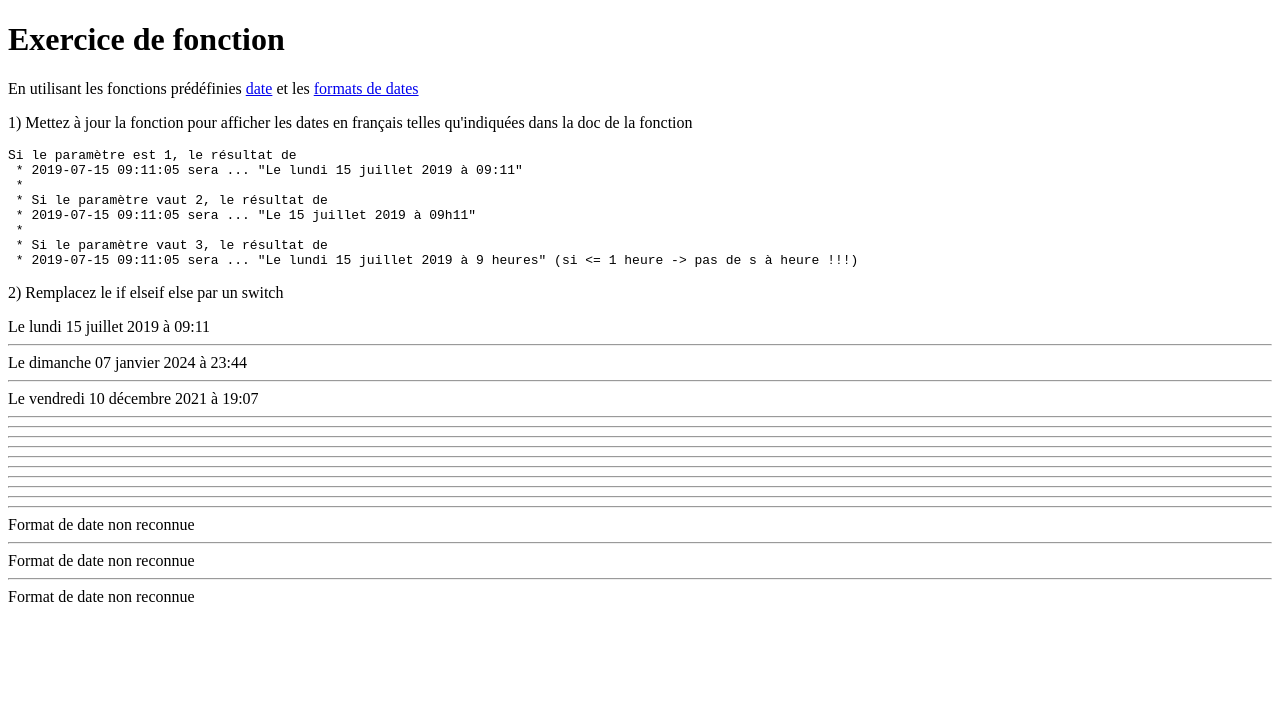
Repository: WebDevCF2m2021/base-php-2021
Page: http://localhost/20-dates-en-francais.php
These files come from the project's save history. The page is drawn as it stood at one moment and after the next save; the edit follows.
The browser window is 1280 px wide. The pictures show the whole page.
The page is run by PHP 8.4 with error messages shown; the project is at /var/www/html/.

Above is the page before, as saved 2021-09-20 18:21:03.

After the next save:
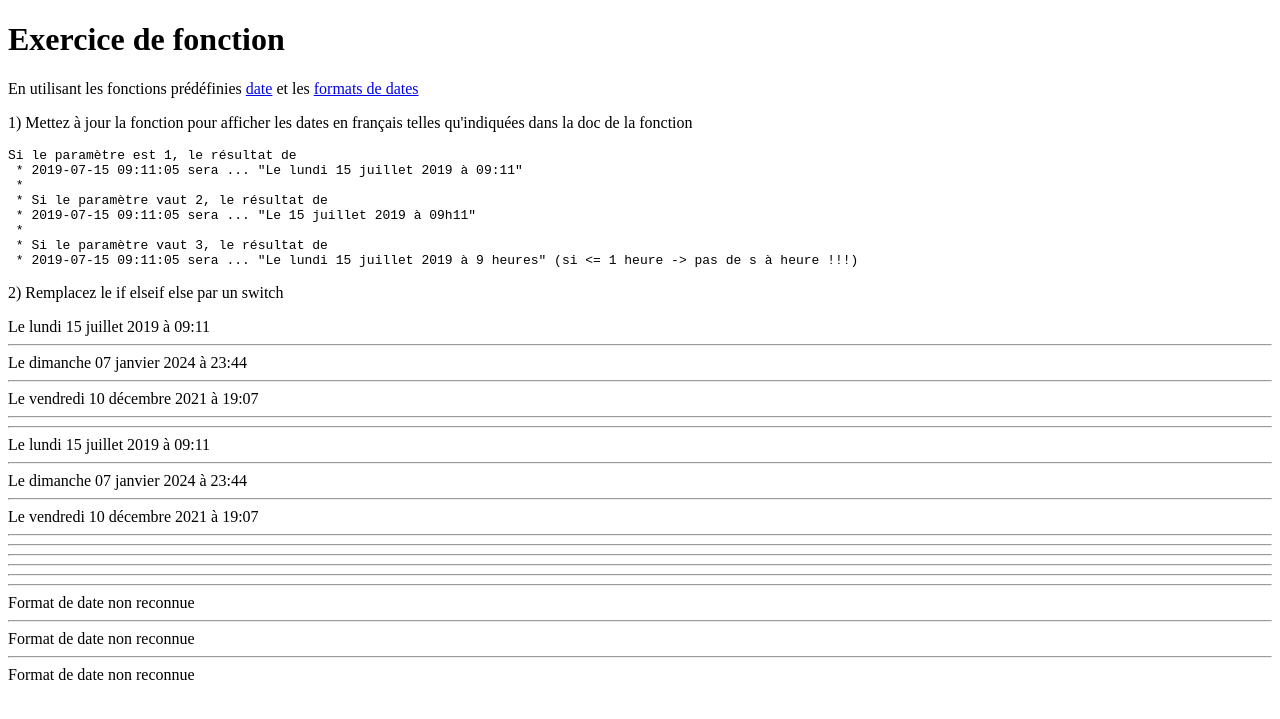
Saved 2 min 30 s later.
--- a/20-dates-en-francais.php
+++ b/20-dates-en-francais.php
@@ -38,7 +38,11 @@ function frenchDate($date,$format=1){
                 .$moisTab[date("n",$date)]." " // mois en français
                 .date("Y à H:i",$date); // année / heures / minutes
     }elseif($format===2){
-
+        $out.="Le "
+        .$joursTab[date("w",$date)]." " // jour de la semaine en français
+        .date("d",$date)." " // chiffre du jour
+        .$moisTab[date("n",$date)]." " // mois en français
+        .date("Y à H:i",$date); // année / heures / minutes
     }elseif($format===3){
 
     }else{
